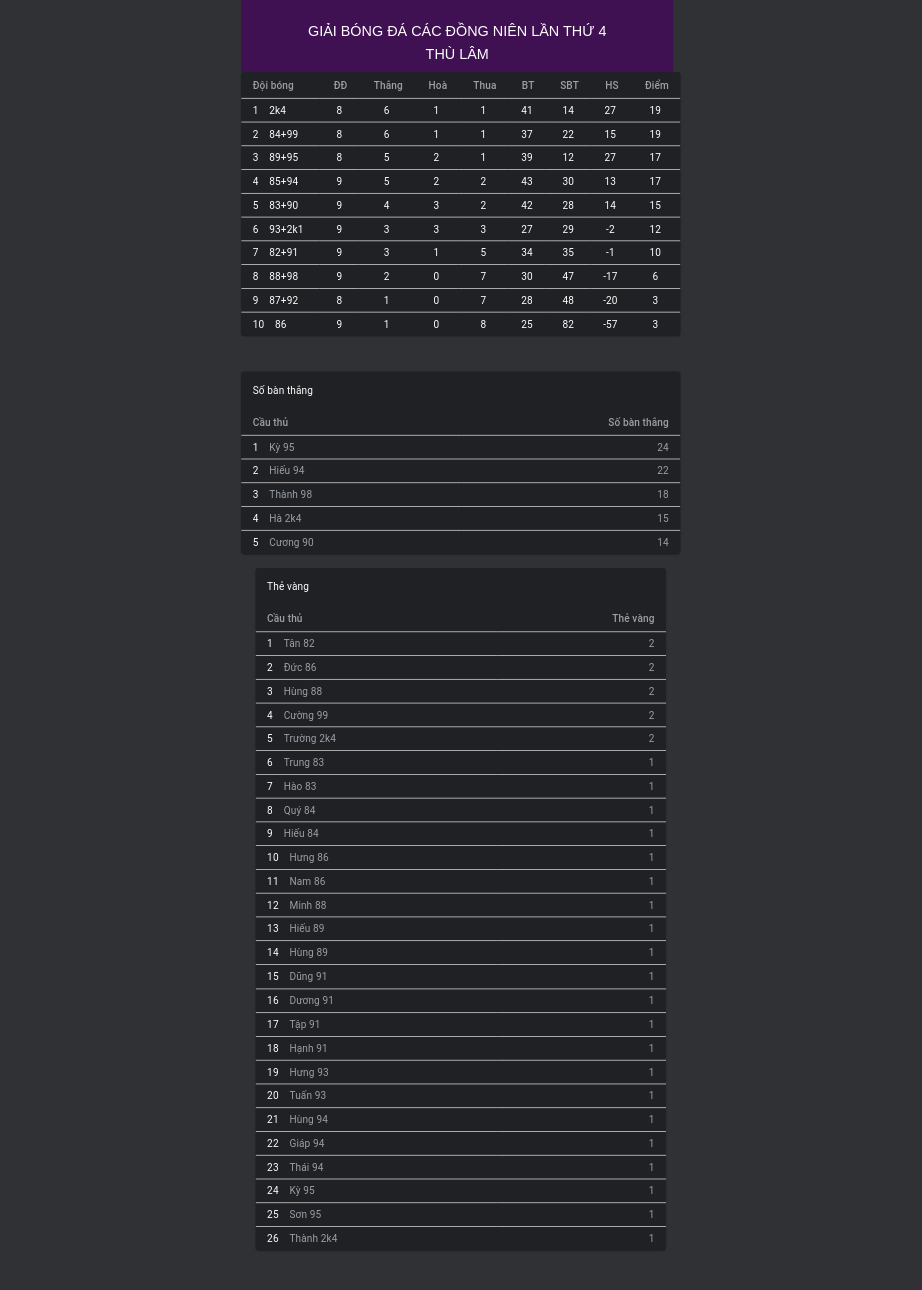
Repository: tuan842001/thulam
Page: /
These files come from the project's save history. The page is drawn as it stood at one moment and after the next save; the edit follows.
The browser window is 1280 px wide. The pictures show the whole page, at 72% of full size.
The project was rebuilt for these pictures with package versions that can differ from the ones it lists, and the page was loaded fresh each time.

Above is the page before, as saved 2022-01-11 15:55:11.

### public/index.html
<!DOCTYPE html>
<html lang="en">
  <head>
    <meta charset="utf-8" />
    <link rel="icon" href="%PUBLIC_URL%/favicon.ico" />
    <meta name="viewport" content="width=device-width, initial-scale=1" />
    <meta name="theme-color" content="#000000" />
    <meta
      name="description"
      content="Web site created using create-react-app"
    />

    <link href="https://cdn.jsdelivr.net/npm/bootstrap@5.1.3/dist/css/bootstrap.min.css" rel="stylesheet" integrity="sha384-1BmE4kWBq78iYhFldvKuhfTAU6auU8tT94WrHftjDbrCEXSU1oBoqyl2QvZ6jIW3" crossorigin="anonymous">
<script src="https://cdn.jsdelivr.net/npm/bootstrap@5.1.3/dist/js/bootstrap.bundle.min.js" integrity="sha384-ka7Sk0Gln4gmtz2MlQnikT1wXgYsOg+OMhuP+IlRH9sENBO0LRn5q+8nbTov4+1p" crossorigin="anonymous"></script>
    <title>GIẢI BÓNG ĐÁ CÁC ĐỒNG NIÊN THÙ LÂM</title>
  </head>
  <body>
    <noscript>You need to enable JavaScript to run this app.</noscript>
    <div id="root"></div>

  </body>
</html>

### src/App.js
import "./App.css";
import { Header } from "./components/header/Header";
import Card from "./pages/card/Card";
import Statistical from "./pages/statistical/Statistical";
import UserList from "./pages/userList/UserList";

function App() {
  return (
    <div className="App" style={{ height: "102%" }}>
      <Header />
      <UserList />
      <Statistical />
      <Card />
    </div>
  );
}

export default App;

### src/App.css
body {
  margin: 0;
  font-family: 'Montserrat', sans-serif;
  background-color: #303134;
  display: flex;
  justify-content: center;
}

* {
  margin: 0;
}

@media screen and (max-width: 480px) {
  body {
    justify-content: normal;
  }
}

### src/components/header/Header.jsx
import * as React from "react";
import "./header.css";

export const Header = () => {
  return (
    <div className="header">
      <h4>GIẢI BÓNG ĐÁ CÁC ĐỒNG NIÊN LẦN THỨ 4</h4>
      <h3>THÙ LÂM</h3>
    </div>
  );
};

### src/pages/card/Card.jsx
import * as React from "react";
import Table from "@mui/material/Table";
import TableBody from "@mui/material/TableBody";
import TableCell from "@mui/material/TableCell";
import TableContainer from "@mui/material/TableContainer";
import TableHead from "@mui/material/TableHead";
import TableRow from "@mui/material/TableRow";
import Paper from "@mui/material/Paper";

function createData(order, name, goal) {
  return {
    order,
    name,
    goal,
  };
}

const rows = [
  createData(1, "Tân 82", 2),
  createData(2, "Đức 86", 2),
  createData(3, "Hùng 88", 2),
  createData(4, "Cường 99", 2),
  createData(5, "Trường 2k4", 2),
  createData(6, "Trung 83", 1),
  createData(7, "Hào 83", 1),
  createData(8, "Quý 84", 1),
  createData(9, "Hiếu 84", 1),
  createData(10, "Hưng 86", 1),
  createData(11, "Nam 86", 1),
  createData(12, "Minh 88", 1),
  createData(13, "Hiếu 89", 1),
  createData(14, "Hùng 89", 1),
  createData(15, "Dũng 91", 1),
  createData(16, "Dương 91", 1),
  createData(17, "Tập 91", 1),
  createData(18, "Hạnh 91", 1),
  createData(19, "Hưng 93", 1),
  createData(20, "Tuấn 93", 1),
  createData(21, "Hùng 94", 1),
  createData(22, "Giáp 94", 1),
  createData(23, "Thái 94", 1),
  createData(24, "Kỳ 95", 1),
  createData(25, "Sơn 95", 1),
  createData(26, "Thành 2k4", 1),
];

export default function Card() {
  return (
    <TableContainer
      component={Paper}
      style={{
        backgroundColor: "#202124",
        color: "#FFFF",
        margin: "20px",
        width: "570px",
      }}
    >
      <TableCell style={{ color: "#FFFF", borderBottom: "none" }} align="right">
        Thẻ vàng
      </TableCell>
      <Table sx={{ minWidth: 550 }} size="small" aria-label="a dense table">
        <TableHead>
          <TableRow>
            <TableCell style={{ color: "#9aa0a6" }}>Cầu thủ</TableCell>
            <TableCell style={{ color: "#9aa0a6" }} align="right">
              Thẻ vàng
            </TableCell>
          </TableRow>
        </TableHead>
        <TableBody>
          {rows.map((row) => (
            <TableRow
              key={row.name}
              sx={{ "&:last-child td, &:last-child th": { border: 0 } }}
            >
              <TableCell
                component="th"
                scope="row"
                style={{ color: "#9aa0a6" }}
              >
                <span
                  style={{
                    color: "#fff",
                    marginRight: "15px",
                    textAlign: "center",
                  }}
                  align="center"
                >
                  {row.order}
                </span>
                {row.name}
              </TableCell>
              <TableCell style={{ color: "#9aa0a6" }} align="right">
                {row.goal}
              </TableCell>
            </TableRow>
          ))}
        </TableBody>
      </Table>
    </TableContainer>
  );
}

### src/pages/statistical/Statistical.jsx
import * as React from "react";
import Table from "@mui/material/Table";
import TableBody from "@mui/material/TableBody";
import TableCell from "@mui/material/TableCell";
import TableContainer from "@mui/material/TableContainer";
import TableHead from "@mui/material/TableHead";
import TableRow from "@mui/material/TableRow";
import Paper from "@mui/material/Paper";

function createData(order, name, goal) {
  return {
    order,
    name,
    goal,
  };
}

const rows = [
  createData(1, "Kỳ 95", 24),
  createData(2, "Hiếu 94", 22),
  createData(3, "Thành 98", 18),
  createData(4, "Hà 2k4", 15),
  createData(5, "Cương 90", 14),
];

export default function Statistical() {
  return (
    <TableContainer
      component={Paper}
      style={{ backgroundColor: "#202124", color: "#FFFF", marginTop: "50px" }}
    >
      <TableCell style={{ color: "#FFFF", borderBottom: "none" }} align="right">
        Số bàn thắng
      </TableCell>
      <Table sx={{ minWidth: 600 }} size="small" aria-label="a dense table">
        <TableHead>
          <TableRow>
            <TableCell style={{ color: "#9aa0a6" }}>Cầu thủ</TableCell>
            <TableCell style={{ color: "#9aa0a6" }} align="right">
              Số bàn thắng
            </TableCell>
          </TableRow>
        </TableHead>
        <TableBody>
          {rows.map((row) => (
            <TableRow
              key={row.name}
              sx={{ "&:last-child td, &:last-child th": { border: 0 } }}
            >
              <TableCell
                component="th"
                scope="row"
                style={{ color: "#9aa0a6" }}
              >
                <span
                  style={{
                    color: "#FFFF",
                    marginRight: "15px",
                    textAlign: "center",
                  }}
                  align="center"
                >
                  {row.order}
                </span>
                {row.name}
              </TableCell>
              <TableCell style={{ color: "#9aa0a6" }} align="right">
                {row.goal}
              </TableCell>
            </TableRow>
          ))}
        </TableBody>
      </Table>
    </TableContainer>
  );
}

### src/pages/userList/UserList.jsx
import * as React from "react";
import Table from "@mui/material/Table";
import TableBody from "@mui/material/TableBody";
import TableCell from "@mui/material/TableCell";
import TableContainer from "@mui/material/TableContainer";
import TableHead from "@mui/material/TableHead";
import TableRow from "@mui/material/TableRow";
import Paper from "@mui/material/Paper";

function createData(
  order,
  name,
  fought,
  win,
  draw,
  lose,
  goal,
  goals,
  difference,
  protein
) {
  return {
    order,
    name,
    fought,
    win,
    draw,
    lose,
    goal,
    goals,
    difference,
    protein,
  };
}

const rows = [
  createData(1, "2k4", 8, 6, 1, 1, 41, 14, 27, 19),
  createData(2, "84+99", 8, 6, 1, 1, 37, 22, 15, 19),
  createData(3, "89+95", 8, 5, 2, 1, 39, 12, 27, 17),
  createData(4, "85+94", 9, 5, 2, 2, 43, 30, 13, 17),
  createData(5, "83+90", 9, 4, 3, 2, 42, 28, 14, 15),
  createData(6, "93+2k1", 9, 3, 3, 3, 27, 29, -2, 12),
  createData(7, "82+91", 9, 3, 1, 5, 34, 35, -1, 10),
  createData(8, "88+98", 9, 2, 0, 7, 30, 47, -17, 6),
  createData(9, "87+92", 8, 1, 0, 7, 28, 48, -20, 3),
  createData(10, "86", 9, 1, 0, 8, 25, 82, -57, 3),
];

export default function UserList() {
  return (
    <TableContainer
      component={Paper}
      style={{ backgroundColor: "#202124", color: "#FFFF" }}
    >
      <Table sx={{ minWidth: 600 }} size="small" aria-label="a dense table">
        <TableHead>
          <TableRow>
            <TableCell style={{ color: "#9aa0a6" }}>Đội bóng</TableCell>
            <TableCell style={{ color: "#9aa0a6" }} align="right">
              ĐĐ
            </TableCell>
            <TableCell style={{ color: "#9aa0a6" }} align="right">
              Thắng
            </TableCell>
            <TableCell style={{ color: "#9aa0a6" }} align="right">
              Hoà
            </TableCell>
            <TableCell style={{ color: "#9aa0a6" }} align="right">
              Thua
            </TableCell>
            <TableCell style={{ color: "#9aa0a6" }} align="right">
              BT
            </TableCell>
            <TableCell style={{ color: "#9aa0a6" }} align="right">
              SBT
            </TableCell>
            <TableCell style={{ color: "#9aa0a6" }} align="right">
              HS
            </TableCell>
            <TableCell style={{ color: "#9aa0a6" }} align="right">
              Điểm
            </TableCell>
          </TableRow>
        </TableHead>
        <TableBody>
          {rows.map((row) => (
            <TableRow
              key={row.name}
              sx={{ "&:last-child td, &:last-child th": { border: 0 } }}
            >
              <TableCell component="th" scope="row" style={{ color: "#FFFF" }}>
                <span
                  style={{
                    color: "#FFFF",
                    marginRight: "15px",
                    textAlign: "center",
                  }}
                  align="center"
                >
                  {row.order}
                </span>

                {row.name}
              </TableCell>
              <TableCell style={{ color: "#FFFF" }} align="center">
                {row.fought}
              </TableCell>
              <TableCell style={{ color: "#FFFF" }} align="center">
                {row.win}
              </TableCell>
              <TableCell style={{ color: "#FFFF" }} align="center">
                {row.draw}
              </TableCell>
              <TableCell style={{ color: "#FFFF" }} align="center">
                {row.lose}
              </TableCell>
              <TableCell style={{ color: "#FFFF" }} align="center">
                {row.goal}
              </TableCell>
              <TableCell style={{ color: "#FFFF" }} align="center">
                {row.goals}
              </TableCell>
              <TableCell style={{ color: "#FFFF" }} align="center">
                {row.difference}
              </TableCell>
              <TableCell style={{ color: "#FFFF" }} align="center">
                {row.protein}
              </TableCell>
            </TableRow>
          ))}
        </TableBody>
      </Table>
    </TableContainer>
  );
}

### src/components/header/header.css
.header {
    background: #3F1052;
    height: 100px;
    width: 600px;
    text-align: center;
    color: #fff;
    display: flex;
    align-content: center;
    flex-direction: column;
    justify-content: center;
    padding-top: 25px;
}

.header h4 {
    font-size: 20px;
}

.header h3 {
    font-size: 20px;
}

Loaded but not shown: src/index.js (common file)

After the next save:
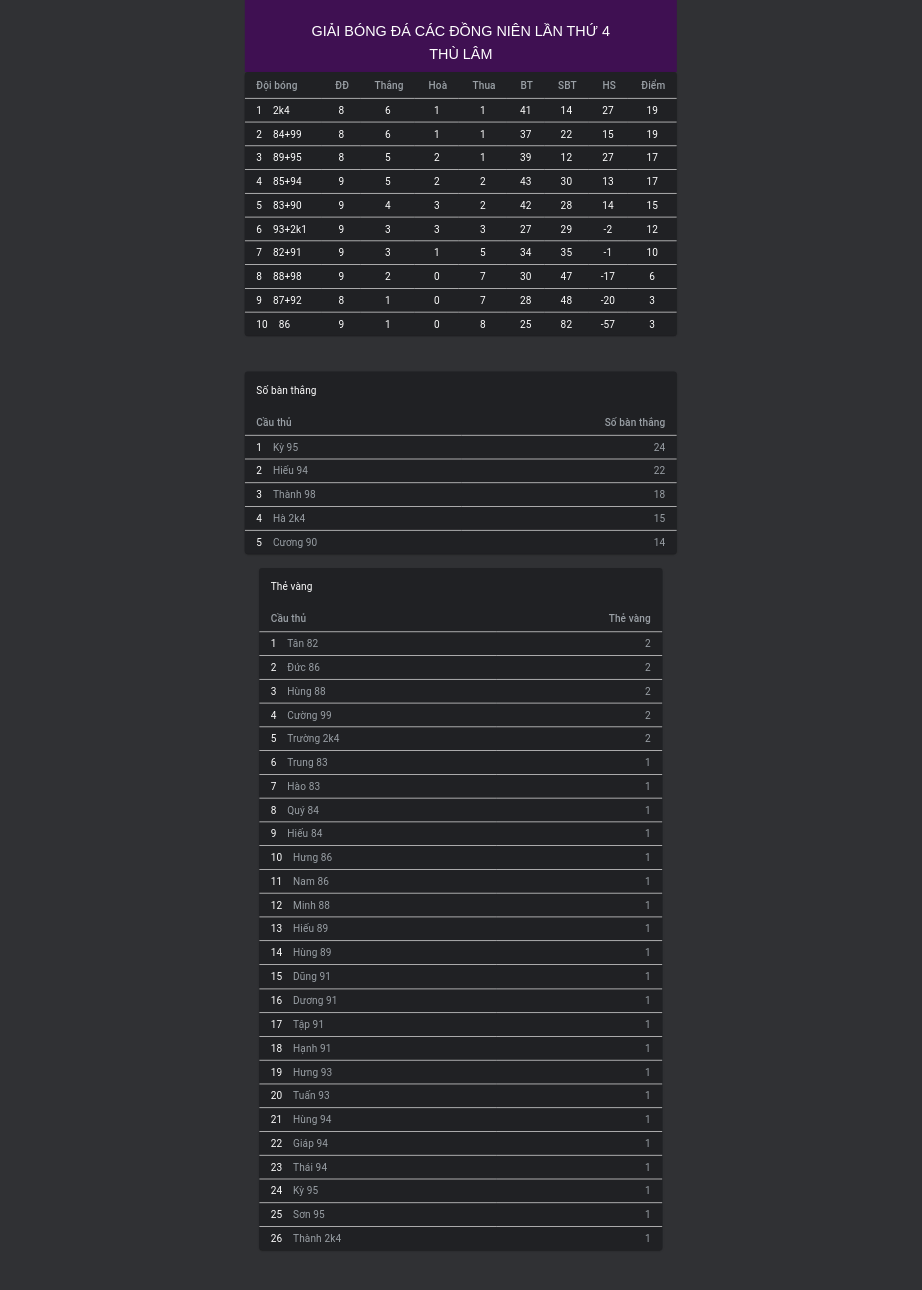
Saved 6 s later.
--- a/src/pages/card/Card.jsx
+++ b/src/pages/card/Card.jsx
@@ -52,7 +52,7 @@ export default function Card() {
         backgroundColor: "#202124",
         color: "#FFFF",
         margin: "20px",
-        width: "570px",
+        width: "560px",
       }}
     >
       <TableCell style={{ color: "#FFFF", borderBottom: "none" }} align="right">
